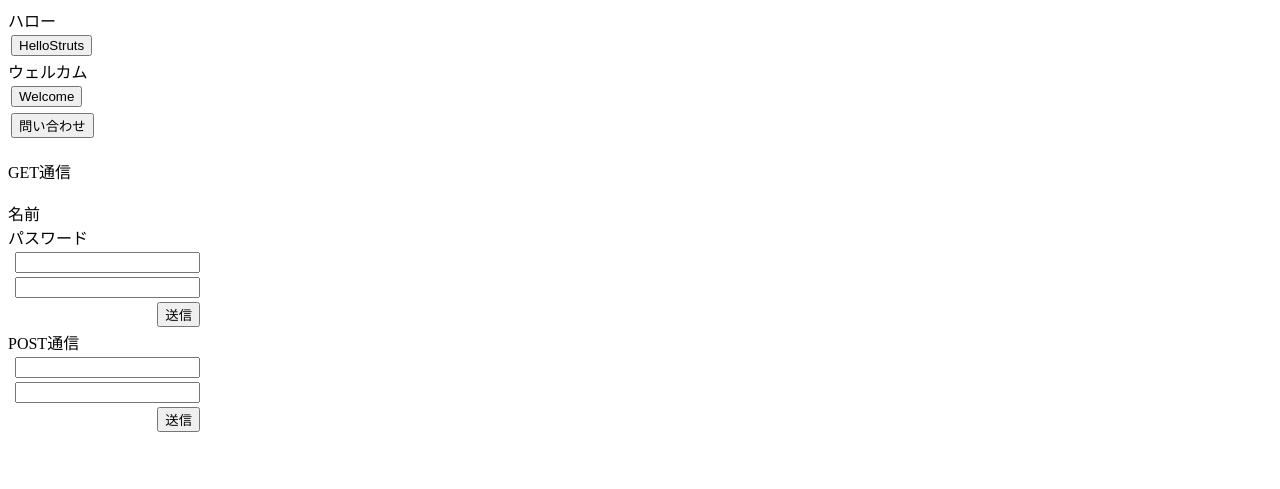
Repository: fujita0830/learning
Page: http://localhost/WebProj/
An editor plug-in stored every save of this project. The page is shown before and after the next save, followed by the edit.
The browser window is 1280 px wide. The pictures show the whole page.
The page is served by Tomcat 9. Other server files are loaded and not shown.

Above is the page before, as saved 2018-12-21 05:15:28.

### WebProj/WebContent/index.jsp
<%@ page language="java" contentType="text/html; charset=UTF-8"
    pageEncoding="UTF-8"%>
<%@taglib prefix="s" uri="/struts-tags" %>

<!DOCTYPE html PUBLIC "-//W3C//DTD HTML 4.01 Transitional//EN" "http://www.w3.org/TR/html4/loose.dtd">
<html>
<head>
<meta http-equiv="Content-Type" content="text/html; charset=UTF-8">
<title>INDEX</title>
</head>
<body>

ハロー
 <s:form action="HelloStrutsAction">
   <s:submit value="HelloStruts"/>
 </s:form>

ウェルカム
 <s:form action="WelcomeAction">
  <s:submit value="Welcome"/>
  </s:form>

<s:form action="InquiryAction">
 <s:submit value="問い合わせ"/>
</s:form>

<br>
GET通信
<s:form method="get" action="TestAction">
<br>名前
<s:textfield name="username"/>
<br>パスワード
<s:password name="password"/>
<s:submit value="送信"/>
</s:form>

POST通信
<s:form method="post" action="TestAction">
<s:textfield name="username"/>
<s:password name="password"/>
<s:submit value="送信"/>
</s:form>


</body>
</html>

After the next save:
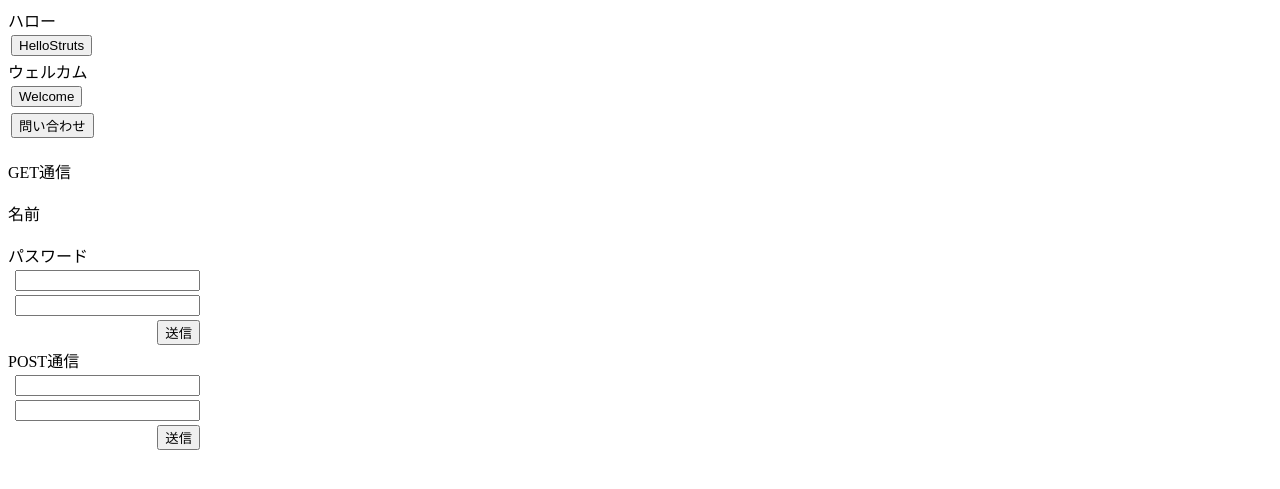
Saved 49 s later.
--- a/WebProj/WebContent/index.jsp
+++ b/WebProj/WebContent/index.jsp
@@ -27,7 +27,7 @@
 <br>
 GET通信
 <s:form method="get" action="TestAction">
-<br>名前
+<br>名前<br>
 <s:textfield name="username"/>
 <br>パスワード
 <s:password name="password"/>

After the save that followed:
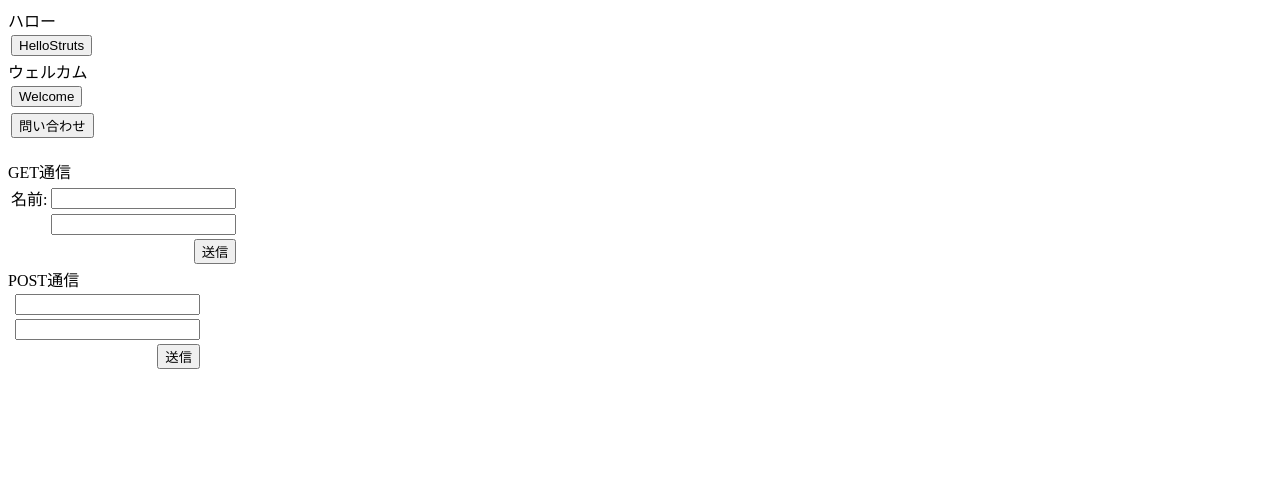
Saved 5 min 34 s later.
--- a/WebProj/WebContent/index.jsp
+++ b/WebProj/WebContent/index.jsp
@@ -27,9 +27,7 @@
 <br>
 GET通信
 <s:form method="get" action="TestAction">
-<br>名前<br>
-<s:textfield name="username"/>
-<br>パスワード
+<s:textfield name="username" label="名前"/>
 <s:password name="password"/>
 <s:submit value="送信"/>
 </s:form>
